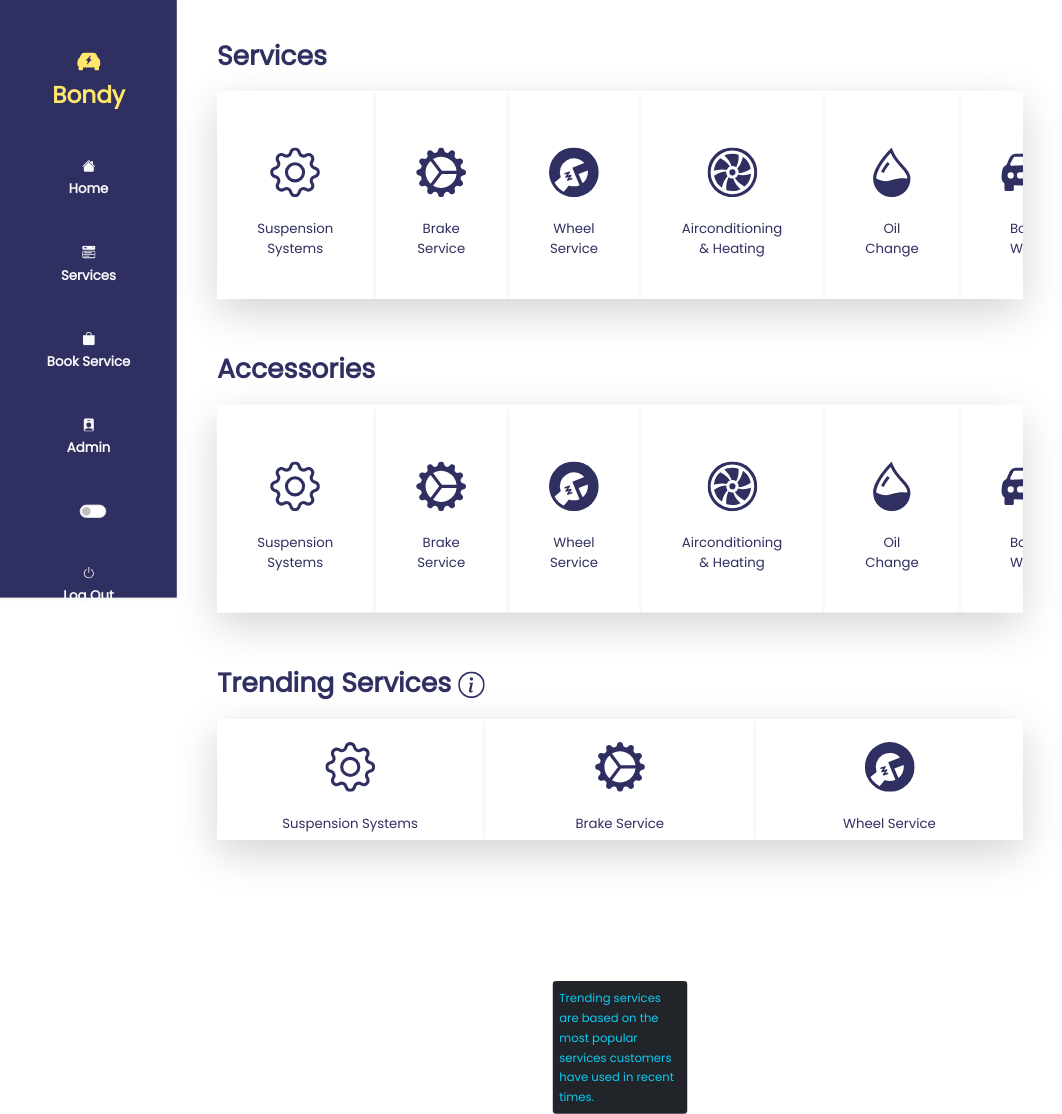
Repository: duzzisantos/bondy
Page: /, after clicking the first element matching `svg.bi-info-circle`
The author's editor kept a copy of each file at every save. The page is drawn from the files as they stood at one save, then again after the next save.
The browser window is 1280 px wide. The pictures show the whole page, at 83% of full size.
Some web libraries are served in a nearby version. The project was rebuilt for these pictures with package versions that can differ from the ones it lists, and the page was loaded fresh each time. Also part of the build but not shown: src/components/Services/ServiceTemplate.tsx, src/data/mockData.ts, src/views/Services.tsx.

Above is the page before, as saved 2023-06-25 14:31:29.

After the next save:
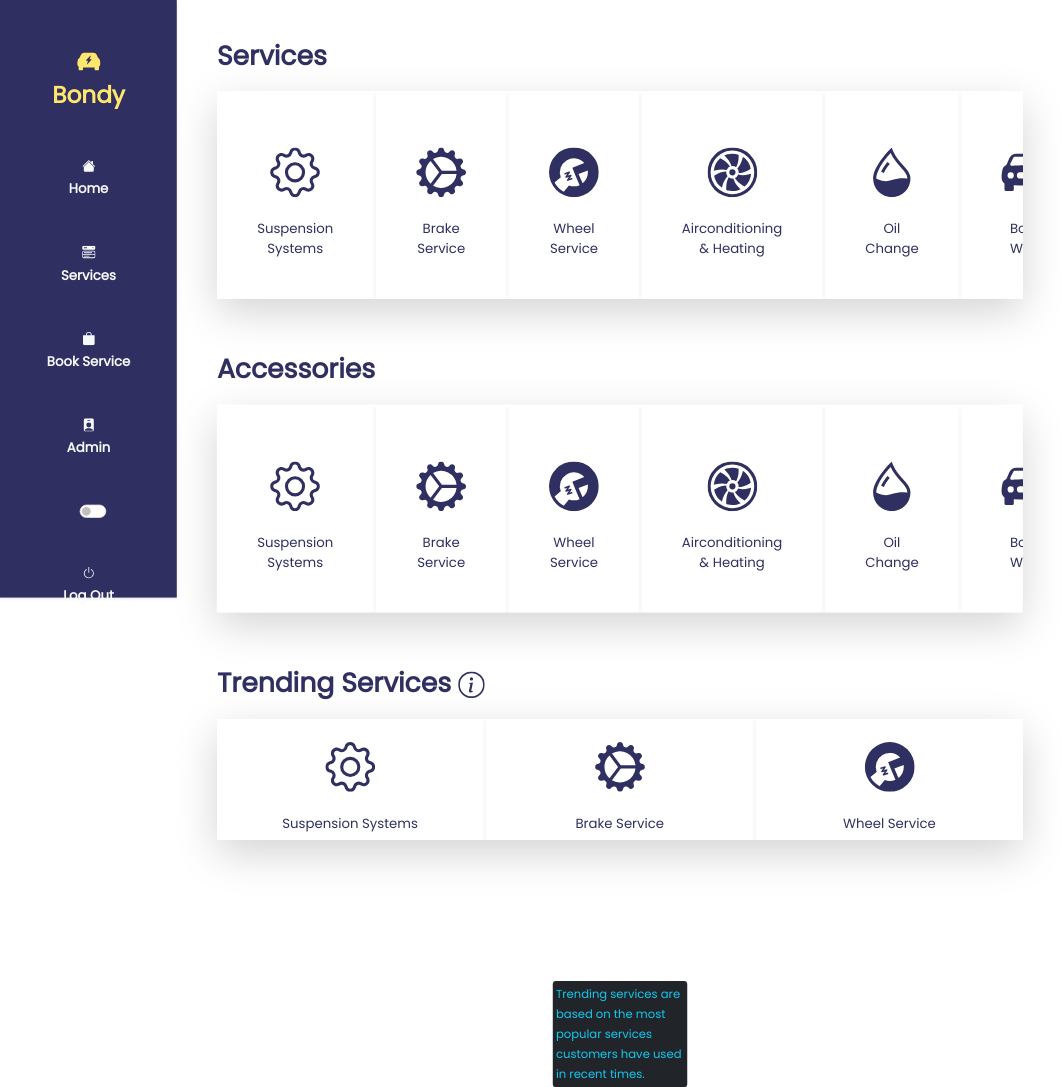
Saved 14 s later.
--- a/src/components/Home/TrendingServices.tsx
+++ b/src/components/Home/TrendingServices.tsx
@@ -2,7 +2,7 @@ import React, { FunctionComponent } from "react";
 
 const TrendingServices: FunctionComponent = () => {
   return (
-    <div className="col-sm-2 bg-dark text-info rounded-1 text-start p-2">
+    <div className="col-sm-2 bg-dark text-info rounded-1 text-start p-1">
       <small>
         Trending services are based on the most popular services customers have
         used in recent times.
